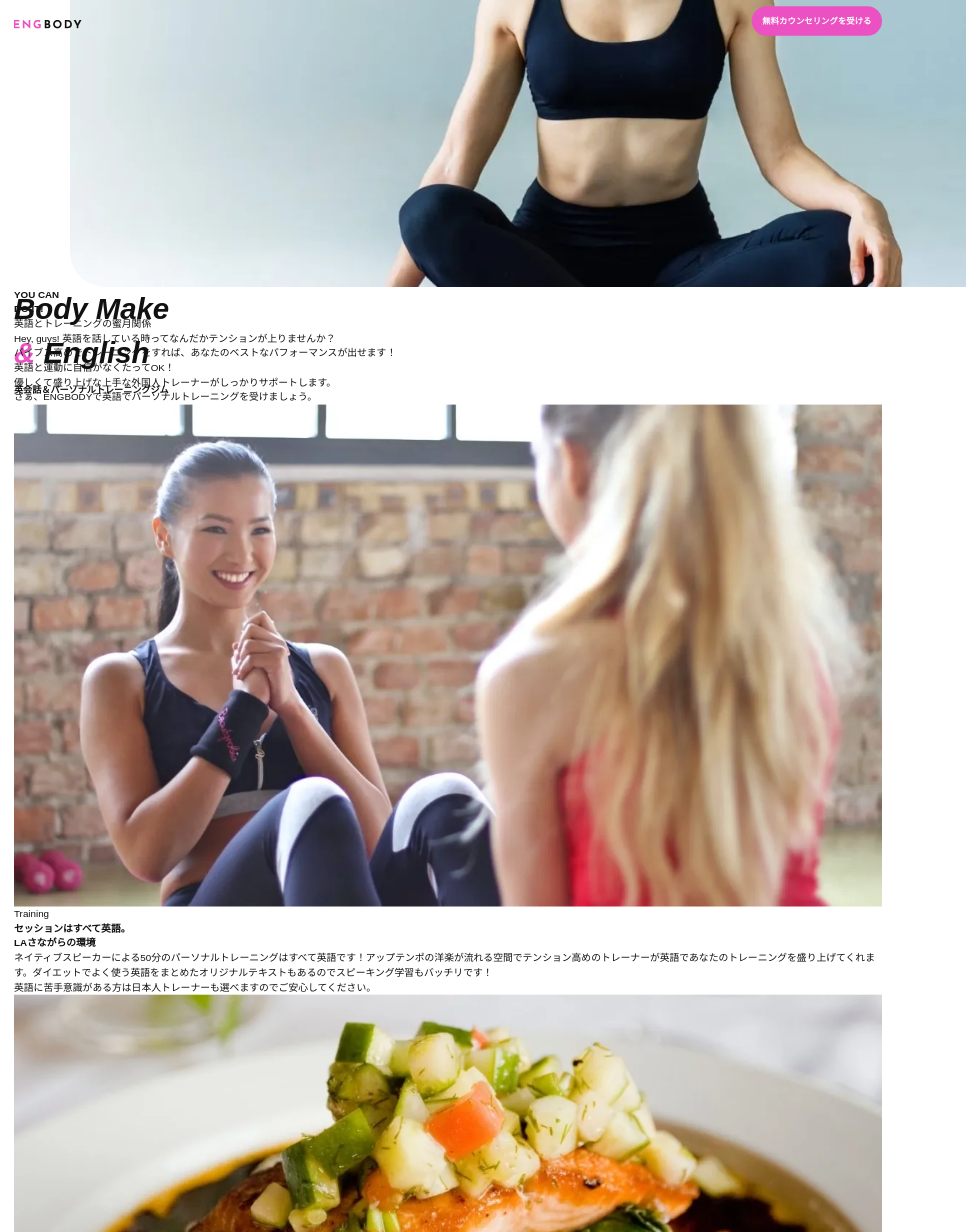
Repository: tetishi/engbody
Page: index.html
An editor plug-in stored every save of this project. The page is shown before and after a run of saves, followed by the edit.
The browser window is 1280 px wide. The page is 1380 px wide, then 1280 px, so the pictures cover 1380 px, including what lies to the right of the window. The pictures show the part of the page from y = 0 to 1760 px (the page is 12355 px tall), at 70% of full size.
The style sheet was rebuilt from its Sass, Less or Tailwind sources for each picture, by a compiler version that may differ from the author's.

Above is the page before, as saved 2023-07-26 00:18:20.

### index.html
<!DOCTYPE html>
<html lang="en">
<head>
    <meta charset="UTF-8">
    <meta name="viewport" content="width=device-width, initial-scale=1.0">
    <title>ENGBODY</title>
    <link href="https://fonts.googleapis.com/css2?family=Josefin+Sans:ital,wght@0,400;0,700;1,400;1,700&display=swap" rel="stylesheet">
    <link rel="stylesheet" href="./css/reset.css">
    <link rel="stylesheet" href="./css/style.css">
</head>
<body>
    <header class="header">
        <div class="header-inner">
            <h2 class="nav-title">
                <a href="#">
                    <img src="img/engbody.svg" alt="ENGBODY">
                </a>
            </h2>
            <nav class="header-nav">
                <div class="counseling-btn-top">
                    <a href="#">無料カウンセリングを受ける</a>
                </div>
            </nav>
        </div>
    </header>

    <main>
        <!-- fv -->
        <div class="fv">
            <div class="fv-img"></div>
            <div class="section-inner">
                <h2 class="page-title">
                    Body Make<br>
                    <span>&</span> English
                </h2>
                <div class="page-title-bottom">
                    英会話＆パーソナルトレーニングジム
                </div>
                <div class="counseling-btn">
                    <a href="#">無料カウンセリングを受ける</a>
                </div>
            </div>
        </div>

        <section id="concept" class="section-wrapper">
            <div class="section-outer">
                <div class="section-inner">
                    <h2 class="catchphrase">
                        YOU CAN<br class="sp">
                        DO IT!
                    </h2>
                    <p class="section-under-title">
                        英語とトレーニングの<span class="phrase">蜜月関係</span>
                    </p>
                    <p class="concept-text">
                        Hey, guys! 英語を話している時ってなんだかテンションが上りませんか？<br>
                        バイブス高めでトレーニングをすれば、あなたのベストなパフォーマンスが出せます！<br>
                        英語と運動に自信がなくたってOK！<br>
                        優しくて盛り上げな上手な外国人トレーナーがしっかりサポートします。<br>
                        さぁ、ENGBODYで英語でパーソナルトレーニングを受けましょう。
                    </p>
                    <div class="training-box">
                        <div class="training-img">
                            <picture>
                                <source srcset="img/training.webp" type="image/webp">
                                <img src="img/training.jpg" alt="外国人のパーソナルトレーナーがお客様に英語とトレーニングをサポートしている様子">
                            </picture>
                        </div>
                        <div class="training-text">
                            <p class="training-top">
                                Training
                            </p>
                            <h3 class="training-title">
                                セッションはすべて英語。<br>
                                LAさながらの環境
                            </h3>
                            <p class="training-description">
                                ネイティブスピーカーによる50分のパーソナルトレーニングはすべて英語です！アップテンポの洋楽が流れる空間でテンション高めのトレーナーが英語であなたのトレーニングを盛り上げてくれます。ダイエットでよく使う英語をまとめたオリジナルテキストもあるのでスピーキング学習もバッチリです！<br>
                                英語に苦手意識がある方は日本人トレーナーも選べますのでご安心してください。
                            </p>
                        </div>
                    </div>
                    <div class="food-box">
                        <div class="food-img">
                            <picture>
                                <source srcset="img/food.webp" type="image/webp">
                                <img src="img/food.jpg" alt="低糖質レストラン『LCR』の魚と野菜の盛り合わせメニューの写真">
                            </picture>
                        </div>
                        <div class="food-text">
                            <p class="food-top">
                                Food
                            </p>
                            <h3 class="food-title">
                                低糖質レストランを完備！<br>
                                美味しく食べてダイエット
                            </h3>
                            <p class="food-description">
                                食事制限って大変ですよね......。でも大丈夫！ENGBODY館内には低糖質レストラン『LCR』を完備しています。Low carb（低糖質）なのにとっても美味しい味に驚くはずです！メニューも豊富で飽きさせません。美味しく食べてしっかり痩せる！しかも英語力もアップ！それがENGBODYなのです。
                            </p>
                        </div>
                    </div>
                    <div class="counseling-btn">
                        <a href="#">無料カウンセリングを受ける</a>
                    </div>
                </div>
            </div>

        </section>

        <section class="section-wrapper">
            <div class="section-outer">
                <div class="section-inner">
                    <h2 class="section-title">
                        Our Trainer
                        <span>トレーナー</span>
                    </h2>
                    <div class="select-option">
                        <p class="trainer">
                            トレーナー
                        </p>
                        <p class="staff">
                            スタッフ
                        </p>
                    </div>
                    <ul class="trainer-list">
                        <li class="trainer-item">
                            <picture>
                                <source srcset="img/trainer01.webp" type="image/webp">
                                <img src="img/trainer01.jpg" alt="日本人女性のトレーナーの写真">
                            </picture>
                            <p class="trainer-greeting">
                                こんにちは！英語で楽しくトレーニングしましょう。日本語が話せますのでご安心ください。
                            </p>
                        </li>
                        <li class="trainer-item">
                            <picture>
                                <source srcset="img/trainer02.webp" type="image/webp">
                                <img src="img/trainer02.jpg" alt="外国人女性のトレーナーの写真">
                            </picture>
                            <p class="trainer-greeting">
                                Hello! 筋肉をつけすぎずしなやかな体を作ることが得意です！美しさを磨いていきましょう。
                            </p>
                        </li>
                        <li class="trainer-item">
                            <picture>
                                <source srcset="img/trainer03.webp" type="image/webp">
                                <img src="img/trainer03.jpg" alt="外国人男性のトレーナーの写真">
                            </picture>
                            <p class="trainer-greeting">
                                Hi, 負荷や強度の高いトレーニングがしたいならおまかせてください！どんなご要望もできるかぎり叶えますよ！
                            </p>
                        </li>
                    </ul>
                    <ul class="staff-list">
                        <li class="staff-item">
                            <picture>
                                <source srcset="img/staff01.webp" type="image/webp">
                                <img src="img/staff01.jpg" alt="日本人女性スタッフの写真">
                            </picture>
                            <p class="staff-greeting">
                                ENBODYは明るくてとっても楽しいジムです！みなさんのセッションが楽しくなるようしっかりサポートいたします。
                            </p>
                        </li>
                        <li class="staff-item">
                            <picture>
                                <source srcset="img/staff02.webp" type="image/webp">
                                <img src="img/staff02.jpg" alt="外国人男性スタッフの写真">
                            </picture>
                            <p class="staff-greeting">
                                Hi, please let me know anytime if you have any questions. We will fully support you!
                            </p>
                        </li>
                    </ul>
                </div>
            </div>
        </section>

        <section class="section-wrapper">
            <div class="section-outer">
                <div class="section-inner">
                    <h2 class="section-title">
                        Studio
                        <span>スタジオ</span>
                    </h2>
                    <div class="slide-image">
                        <picture>
                            <source srcset="img/studio01.webp" type="image/webp">
                            <img src="img/studio01.jpg" alt="後ろ姿の女性がトレーニング器具に座って、ダンベルを両手に持ち上げて、スタジオでトレーニングしている写真">
                        </picture>
                        <picture>
                            <source srcset="img/studio02.webp" type="image/webp">
                            <img src="img/studio02.jpg" alt="正面を向いた女性がトレーニング器具に座って、腕を上げてスタジオでトレーニングしている写真">
                        </picture>
                        <picture>
                            <source srcset="img/studio03.webp" type="image/webp">
                            <img src="img/studio03.jpg" alt="後ろ姿の男性がスタジオでバーベルを持ってウエイトトレーニングをしている写真">
                        </picture>
                    </div>
                </div>
            </div>
        </section>

        <section class="section-wrapper">
            <div class="section-outer">
                <div class="section-inner">
                    <h2 class="section-title">
                        Price
                        <span>料金</span>
                    </h2>
                    <ul class="price-list">
                        <li class="price-item">
                            <div class="price-box">
                                <p class="course">
                                    週１コース
                                </p>
                                <h3 class="course-price">
                                    ¥20,000
                                </h3>
                                <p class="admission-fee">
                                    （入会金 ¥10000）
                                </p>
                            </div>
                            <div class="rental-box">
                                <p class="course-top">
                                    レンタル
                                </p>
                                <p class="course-text">
                                    タオル、ウェア、プロテイン無料
                                </p>
                            </div>
                            <div class="restaurant-box">
                                <p class="course-top">
                                    レストラン
                                </p>
                                <p class="course-text">
                                    使用不可
                                </p>
                            </div>
                            <div class="diet-box">
                                <p class="course-top">
                                    食事指導
                                </p>
                                <p class="course-text">
                                    無し
                                </p>
                            </div>
                        </li>
                        <li class="price-item">
                            <p class="recommend">
                                オススメ！
                            </p>
                            <div class="price-box">
                                <p class="course">
                                    週２コース
                                </p>
                                <h3 class="course-price">
                                    ¥40,000
                                </h3>
                                <p class="admission-fee">
                                    （入会金 ¥10000）
                                </p>
                            </div>
                            <div class="rental-box">
                                <p class="course-top">
                                    レンタル
                                </p>
                                <p class="course-text">
                                    タオル、ウェア、プロテイン無料
                                </p>
                            </div>
                            <div class="restaurant-box">
                                <p class="course-top">
                                    レストラン
                                </p>
                                <p class="course-text">
                                    使用可
                                </p>
                            </div>
                            <div class="diet-box">
                                <p class="course-top">
                                    食事指導
                                </p>
                                <p class="course-text">
                                    有り
                                </p>
                            </div>
                        </li>
                        <li class="price-item">
                            <div class="price-box">
                                <p class="course">
                                    無制限
                                </p>
                                <h3 class="course-price">
                                    ¥70,000
                                </h3>
                                <p class="admission-fee">
                                    （入会金 ¥10000）
                                </p>
                            </div>
                            <div class="rental-box">
                                <p class="course-top">
                                    レンタル
                                </p>
                                <p class="course-text">
                                    タオル、ウェア、プロテイン無料
                                </p>
                            </div>
                            <div class="restaurant-box">
                                <p class="course-top">
                                    レストラン
                                </p>
                                <p class="course-text">
                                    使用可
                                </p>
                            </div>
                            <div class="diet-box">
                                <p class="course-top">
                                    食事指導
                                </p>
                                <p class="course-text">
                                    有り
                                </p>
                            </div>
                        </li>
                    </ul>
                </div>
            </div>
        </section>

        <section class="section-wrapper">
            <div class="section-outer">
                <div class="section-inner">
                    <h2 class="section-title">
                        FAQ
                        <span>よくあるご質問</span>
                    </h2>
                    <div class="faq-box">
                        <details class="faq-item">
                            <summary class="faq-top-text">
                                見学や体験は可能ですか？
                            </summary>
                            <p class="faq-bottom-text">
                                無料カウンセリングの際に見学が可能です。フォームに見学・体験希望の欄がございますので内容をご確認しチェックを入れてください。
                            </p>
                        </details>
                        <details class="faq-item">
                            <summary class="faq-top-text">
                                用意するものは何がありますか？
                            </summary>
                            <p class="faq-bottom-text">
                                シューズをご持参ください。ウェアとタオルは無料でレンタルが可能です。
                            </p>
                        </details>
                        <details class="faq-item">
                            <summary class="faq-top-text">
                                シャワールームはありますか？
                            </summary>
                            <p class="faq-bottom-text">
                                5つのシャワールームがございます。ボディソープ・シャンプー・リンスなどのアメニティやドライヤーもご用意しております。
                            </p>
                        </details>
                    </div>
                </div>
            </div>
        </section>

        <div class="free-counseling">
            <picture>
                <source srcset="img/sp_counseling_top.webp" type="image/webp">
                <img src="img/sp_counseling_top.jpg" alt="アジア人、黒人、白人の女性3人がトレーニングウェアを着て肩を組んで笑顔でこちらを見ている写真">
            </picture>
            <div class="counseling-container">
                <h3 class="invite-message">
                    Come join us!! 😊
                </h3>
                <div class="counseling-btn white">
                    <a href="#">無料カウンセリングを受ける</a>
                </div>
            </div>
        </div>

    </main>
    <footer class="footer">
        <div class="footer-text">
            ENGBODY
        </div>
    </footer>

    <a href="#" class="pagetop">
        <div class="pagetop-arrow">
            <i class="fas fa-angle-up"></i>
        </div>
    </a>
</body>
</html>

### css/reset.css
/*
html5doctor.com Reset Stylesheet
v1.6.1
Last Updated: 2010-09-17
Author: Richard Clark - http://richclarkdesign.com
Twitter: @rich_clark
*/

* {
    box-sizing: border-box;
}

html,
body,
div,
span,
object,
iframe,
h1,
h2,
h3,
h4,
h5,
h6,
p,
blockquote,
pre,
abbr,
address,
cite,
code,
del,
dfn,
em,
img,
ins,
kbd,
q,
samp,
small,
strong,
sub,
sup,
var,
b,
i,
dl,
dt,
dd,
ol,
ul,
li,
fieldset,
form,
label,
legend,
table,
caption,
tbody,
tfoot,
thead,
tr,
th,
td,
article,
aside,
canvas,
details,
figcaption,
figure,
footer,
header,
hgroup,
menu,
nav,
section,
summary,
time,
mark,
ruby,
audio,
video {
    margin: 0;
    padding: 0;
    border: 0;
    outline: 0;
    font-size: 100%;
    vertical-align: baseline;
    background: transparent;
}

body {
    line-height: 1.5;
}

img {
    width: 100%;
    height: auto;
    object-fit: cover;
}

button {
    background-color: transparent;
    border: none;
    cursor: pointer;
    outline: none;
    padding: 0;
    appearance: none;
}

article,
aside,
details,
figcaption,
figure,
footer,
header,
hgroup,
menu,
nav,
section {
    display: block;
}

nav ul {
    list-style: none;
}

li {
    list-style: none;
}

a {
    margin: 0;
    padding: 0;
    font-size: 100%;
    vertical-align: baseline;
    background: transparent;
}

input,
select {
    vertical-align: middle;
}

/*end reset css*/

### img/engbody.svg
<svg xmlns="http://www.w3.org/2000/svg" width="96.7" height="12.36" viewBox="0 0 96.697 12.356">
  <g id="Group_1" data-name="Group 1" transform="translate(-34.435 -35.05)">
    <path id="Path_13" data-name="Path 13" d="M-41.472-16.8a3.73,3.73,0,0,1,1.459,1.093,2.471,2.471,0,0,1,.524,1.559A2.878,2.878,0,0,1-40.674-11.6a5.1,5.1,0,0,1-2.957.814H-47.58V-22.2H-44.1a5.2,5.2,0,0,1,2.965.737,2.422,2.422,0,0,1,1.08,2.132,2.946,2.946,0,0,1-.371,1.5A2.77,2.77,0,0,1-41.472-16.8Zm-3.771-.729h1.418a1.3,1.3,0,0,0,1-.38,1.323,1.323,0,0,0,.355-.938,1.029,1.029,0,0,0-.4-.876,1.816,1.816,0,0,0-1.112-.3h-1.257Zm1.5,4.653a2.475,2.475,0,0,0,1.33-.318,1.051,1.051,0,0,0,.508-.954q0-1.21-2-1.21h-1.338v2.481Zm8.123-3.6a5.518,5.518,0,0,1,.814-2.9A6.036,6.036,0,0,1-32.6-21.521a5.975,5.975,0,0,1,3.022-.8,5.975,5.975,0,0,1,3.022.8,6.165,6.165,0,0,1,2.224,2.148,5.438,5.438,0,0,1,.83,2.9,5.413,5.413,0,0,1-.83,2.916,6.083,6.083,0,0,1-2.224,2.117,6.067,6.067,0,0,1-3.022.783,6.054,6.054,0,0,1-3.03-.783,5.973,5.973,0,0,1-2.2-2.117A5.493,5.493,0,0,1-35.622-16.473Zm2.417,0a3.551,3.551,0,0,0,.492,1.83,3.628,3.628,0,0,0,1.338,1.326,3.687,3.687,0,0,0,1.878.489,3.5,3.5,0,0,0,1.821-.489,3.517,3.517,0,0,0,1.289-1.318,3.68,3.68,0,0,0,.467-1.838,3.655,3.655,0,0,0-.483-1.861,3.6,3.6,0,0,0-1.313-1.326,3.57,3.57,0,0,0-1.845-.489,3.57,3.57,0,0,0-1.845.489,3.6,3.6,0,0,0-1.313,1.326A3.655,3.655,0,0,0-33.2-16.473ZM-18.909-22.2h3.546a7.413,7.413,0,0,1,3.739.845A5.2,5.2,0,0,1-9.49-19.164a6.36,6.36,0,0,1,.669,2.877,5.253,5.253,0,0,1-.806,2.9,5.34,5.34,0,0,1-2.168,1.931,6.641,6.641,0,0,1-2.99.675h-4.126Zm3.723,9.243a4.324,4.324,0,0,0,2.885-.9,3.2,3.2,0,0,0,1.064-2.59,3.609,3.609,0,0,0-.588-2.171A3.138,3.138,0,0,0-13.2-19.73a4.006,4.006,0,0,0-1.475-.31h-1.9v7.088ZM4.83-22.2.381-14.333v3.552H-1.955v-3.552L-6.323-22.2h2.885l2.724,5.273L1.945-22.2Z" transform="translate(126.302 57.708)" fill="#111"/>
    <path id="Path_14" data-name="Path 14" d="M-27.475-22.5v2.176h-5.753v2.44h5.093v2.176h-5.093v2.471h5.979v2.176h-8.316V-22.5Zm15.584,0v11.9h-.064l-8.3-7.227.048,6.761h-2.369V-22.95h.1l8.284,7.336-.048-6.885ZM3.049-12.211a3.177,3.177,0,0,1-.975.583,8.934,8.934,0,0,1-1.547.5,6.932,6.932,0,0,1-1.539.194,7.366,7.366,0,0,1-3.312-.707,5.264,5.264,0,0,1-2.2-1.958A5.311,5.311,0,0,1-7.3-16.454a6.568,6.568,0,0,1,.822-3.4,5.253,5.253,0,0,1,2.208-2.083,6.761,6.761,0,0,1,3.062-.692,8.506,8.506,0,0,1,2.031.233,7.636,7.636,0,0,1,1.676.606l-.757,2.1a5.979,5.979,0,0,0-1.281-.458A5.645,5.645,0,0,0-.9-20.355a4.244,4.244,0,0,0-2.957.933A3.556,3.556,0,0,0-4.88-16.656a3.356,3.356,0,0,0,.5,1.842,3.241,3.241,0,0,0,1.394,1.2,4.746,4.746,0,0,0,2.039.42,3.468,3.468,0,0,0,1.628-.3v-1.383H-1.367v-2.176H3.049Z" transform="translate(70 58)" fill="#eb51c2"/>
  </g>
</svg>

### css/style.scss
/* base */

html {
    font-size: 62.5%;
}
body {
    font-size: 1.4rem;
    font-family: 'Hiragino Sans', sans-serif;
    color: #111111;
}
h2 h3 {
    font-family: 'Josefin Sans', sans-serif;
}
img {
    vertical-align: bottom;
}
.section-inner {
    padding: 0 20px;
    // margin: 0 auto;
}
.section-title {
    font-size: 4rem;
    &:nth-of-type(2) {
        font-size: 3.2rem;
    }
    &:nth-of-type(odd) {
        color: #fff;
    }
    span {
        font-size: 1.4rem;
        margin-bottom: 30px;
        &:last-of-type {
            margin-bottom: 35px;
        }
    }
}
a {
    color: inherit;
    text-decoration: none;
}

// header
.header {
    position: fixed;
    width: 100%;
    top: 0;
    left: 0;
    z-index: 999;
}
.header-inner {
    display: flex;
    justify-content: space-between;
    align-items: center;
    height: 60px;
    padding: 0 20px;
}
.counseling-btn-top {
    font-weight: bold;
    color: #fff;
    font-size: 1.2rem;
    width: 186px;
    background-color: #EB51C2;
    text-align: center;
    vertical-align: middle;
    border-radius: 50px;
    padding: 12px 15px;
}

//fv
.fv {
    height: 410px;
}
.fv-img {
    background-image: url(../img/bg_mv.webp);
    background-position: right bottom;
    background-size: cover;
    background-repeat: no-repeat;
    border-radius: 0 0 0 50px;
    position: relative;
    left: 100px;
    height: 410px;

}
.page-title {
    font-size: 4.2rem;
    font-style: italic;
    span {
        color: #EB51C2;
    }
}
.page-title-bottom {
    font-size: 1.3rem;
    font-weight: bold;
    margin: 12px 0 19px;
    background-color: #fff;
}
.counseling-btn {
    font-weight: bold;
    color: #fff;
    font-size: 1.3rem;
    width: 220px;
    background-color: #EB51C2;
    text-align: center;
    vertical-align: middle;
    border-radius: 50px;
    padding: 16px 25px;
}

After the next 2 saves:
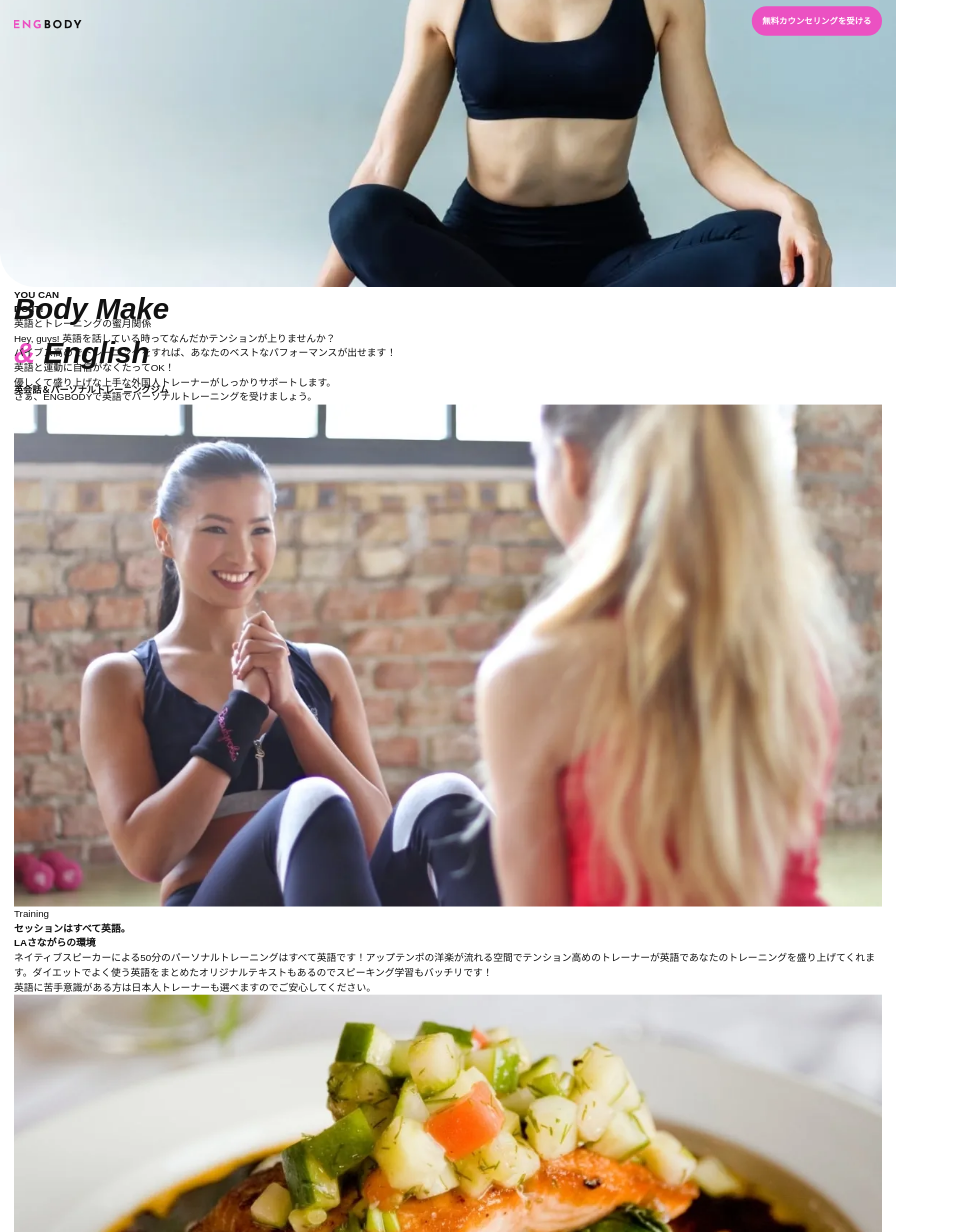
The 2 saves are shown as one change because they came seconds apart.
The last was saved 34 s later.
--- a/css/style.scss
+++ b/css/style.scss
@@ -76,8 +76,9 @@ a {
     background-size: cover;
     background-repeat: no-repeat;
     border-radius: 0 0 0 50px;
-    position: relative;
-    left: 100px;
+    // position: relative;
+    // left: 100px;
+
     height: 410px;
 
 }
